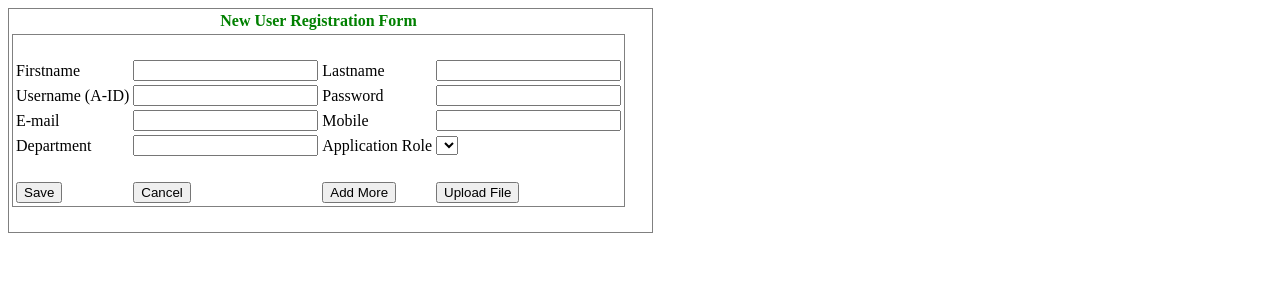
Repository: guribrar/enrolmentapp
Page: http://localhost/enrolmentapp/newuser.jsp
An editor plug-in stored every save of this project. The page is shown before and after the next save, followed by the edit.
The browser window is 1280 px wide. The pictures show the whole page.
The page is served by Tomcat 9. Queries for data that is not in the repository find no rows.

Above is the page before, as saved 2016-12-31 13:54:50.

After the next save:
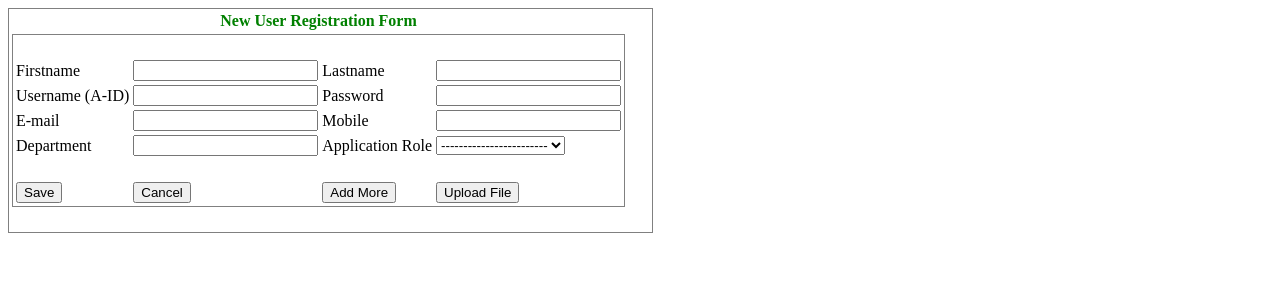
Saved 90 s later.
--- a/enrolmentapp/WebContent/newuser.jsp
+++ b/enrolmentapp/WebContent/newuser.jsp
@@ -53,6 +53,7 @@
 					<td>Application Role</td>
 					<td>
 						<select name="role">
+							<option value="">------------------------</option>
 							<c:forEach var="row" items="${rs.rows}">
     							<option value="${row.role}">${row.role}</option>
 							</c:forEach>
